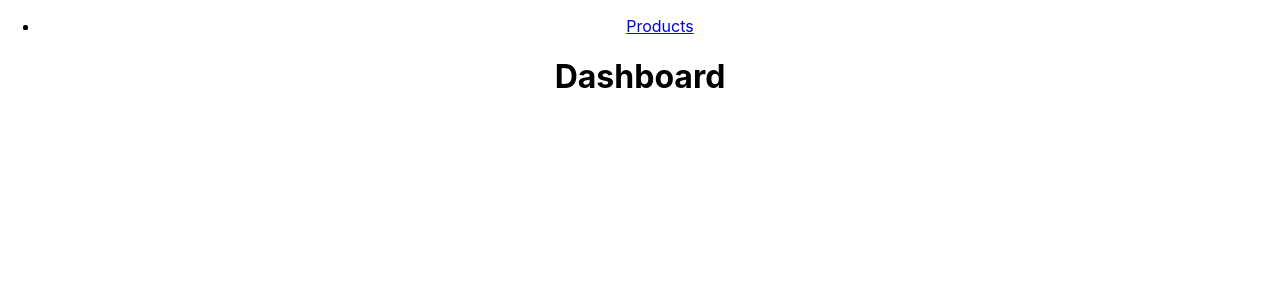
Repository: ItsMoloy/React-Ecommerce
Page: /
The author's editor kept a copy of each file at every save. The page is drawn from the files as they stood at one save, then again after a run of saves.
The browser window is 1280 px wide. The pictures show the whole page.
The project was rebuilt for these pictures with package versions that can differ from the ones it lists, and the page was loaded fresh each time.

Above is the page before, as saved 2025-05-18 03:18:31.

### src/App.js
import './App.css';
import Nav from'./Nav.js';
import {BrowserRouter} from 'react-router-dom';

function App() {
  return (
    <div className="App">
      <BrowserRouter>
      <Nav />
   <h1>Dashboard</h1>
   </BrowserRouter>
    </div>
  );
}

export default App;

### src/Nav.js
import React from 'react';
import { Link } from 'react-router-dom';

const Nav = () => {
    return (
        <div>
            <ul>
                <li>
                   <li><Link to="/">Products</Link></li>
                </li>
            </ul>
        </div>
    )
}
export default Nav;

Loaded but not shown: public/index.html (common file); src/index.js (common file); src/index.css (common file); src/reportWebVitals.js (common file); src/App.css (common file)

After the next 2 saves:
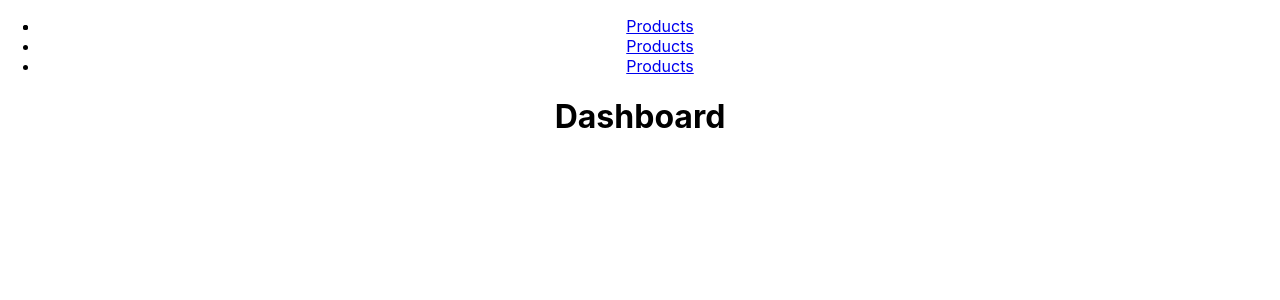
The 2 saves are shown as one change because they came seconds apart.
The last was saved 17 s later.
--- a/src/Nav.js
+++ b/src/Nav.js
@@ -7,6 +7,8 @@ const Nav = () => {
             <ul>
                 <li>
                    <li><Link to="/">Products</Link></li>
+                    <li><Link to="/">Products</Link></li>
+                     <li><Link to="/">Products</Link></li>
                 </li>
             </ul>
         </div>
